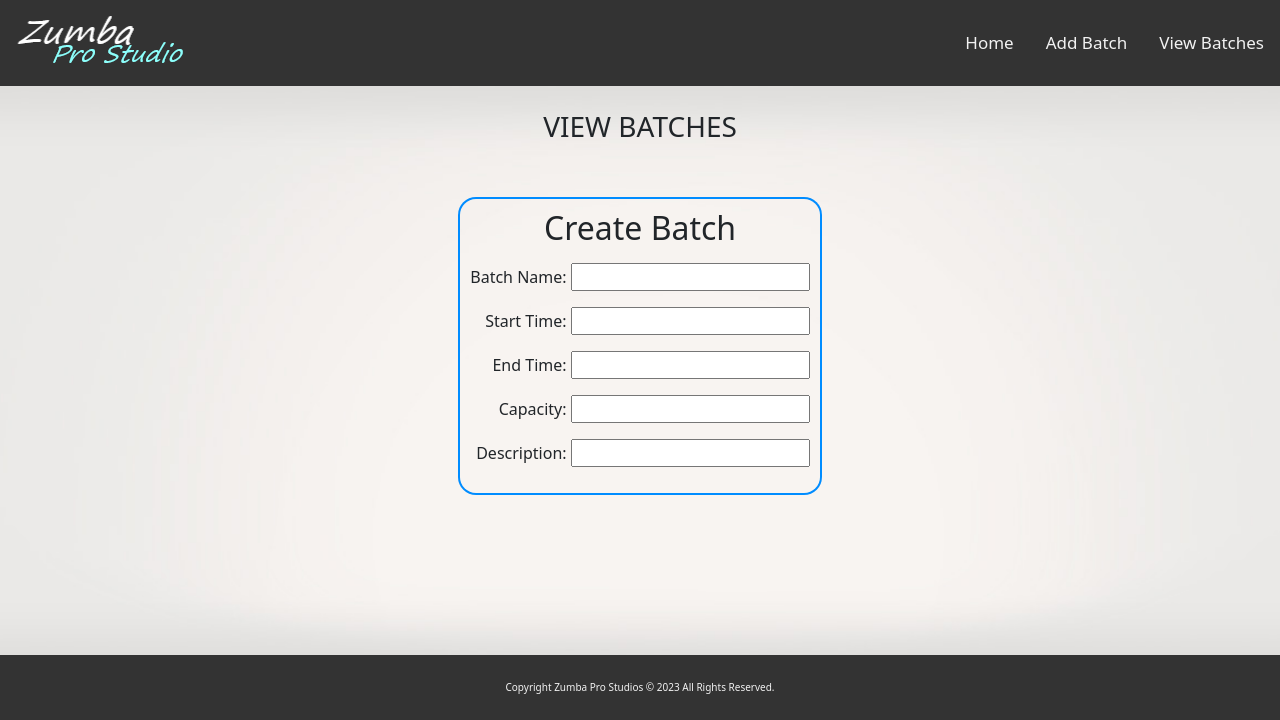
Repository: basemsamuel/Zumba
Page: http://localhost/ZumbaProStudio/adminusers.jsp
The author's editor kept a copy of each file at every save. The page is drawn from the files as they stood at one save, then again after the next save.
The browser window is 1280 px wide. The pictures show the whole page.
The page is served by Tomcat 10. Other server files are loaded and not shown.

Above is the page before, as saved 2023-07-30 21:48:36.

### ZumbaProStudio/src/main/webapp/adminusers.jsp
<jsp:include page="adminheader.jsp"></jsp:include>
<div class="mycontainer">
	<div align="center">
	<br>
	<h3>VIEW BATCHES</h3>
	<br>
	<br>
	<div>
		<table class="formtable">
			<tr>
				<td style="padding: 10px;">
					<div class='center'>
						<form style="width: 100%;" action="Login" method = "POST">
						    <h2>Create Batch</h2>
						    <div>
						        <p>
							        <div class='right'>
							            <label for="name">Batch Name:</label>
							            <input type="text" id="name" name="name">
							        </div>
						        </p>
						    </div>

						    <div>
						        <p>
							        <div class='right'>
							            <label for="stime">Start Time:</label>
							            <input type="text" id="stime" name="stime">
							        </div>
						        </p>
						    </div>


						    <div>
						        <p>
							        <div class='right'>
							            <label for="etime">End Time:</label>
							            <input type="text" id="etime" name="etime">
							        </div>
						        </p>
						    </div>

						    <div>
						        <p>
							        <div class='right'>
							            <label for="capacity">Capacity:</label>
							            <input type="number" id="capacity" name="capacity">
							        </div>
						        </p>
						    </div>

						    <div>
						        <p>
							        <div class='right'>
							            <label for="description">Description:</label>
							            <input type="number" id="description" name="description">
							        </div>
						        </p>
						    </div>
						</form>
					</div>

				</td>
			</tr>
		</table>
		<br>
		<div class="emsg">
			<p>
				${listerrorMessage}
			</p>
		</div>
	</div>
</div>

<jsp:include page="footer.jsp"></jsp:include>

### ZumbaProStudio/src/main/webapp/adminheader.jsp
<html lang="en">

<head>
    <meta charset="UTF-8">
    <meta http-equiv="X-UA-Compatible" content="IE=edge">
    <meta name="viewport" content="width=device-width, initial-scale=1.0">
    <title>Document</title>
    <link href="https://cdn.jsdelivr.net/npm/bootstrap@5.1.3/dist/css/bootstrap.min.css" rel="stylesheet" integrity="sha384-1BmE4kWBq78iYhFldvKuhfTAU6auU8tT94WrHftjDbrCEXSU1oBoqyl2QvZ6jIW3" crossorigin="anonymous">
    <link rel="stylesheet" type="text/css" href="css/styles.css" />
</head>

<body>
	 <div class="topnav">
		<img src="images/logo.png" alt="Zumba Pro Studio">
		<!-- <a class="active" href="#home">Home</a> -->
		<a href="admin.jsp">View Batches</a>
		<a href="addbatch.jsp">Add Batch</a>
		<a href="index.jsp">Home</a>
	</div>

### ZumbaProStudio/src/main/webapp/footer.jsp
<footer>
	Copyright Zumba Pro Studios © 2023 All Rights Reserved.
</footer>
</body>
</html>

### ZumbaProStudio/src/main/webapp/css/styles.css
		.topnav {
			 background-color: #333;
			 overflow: hidden;
				}

		/* Style the links inside the navigation bar */
		.topnav a {
			 float: right;
			 color: #f2f2f2;
			 text-align: center;
			 padding: 30px 16px;
			 text-decoration: none;
			 font-size: 17px;
		}

		.topnav img {
			 float: left;
			 color: #f2f2f2;
			 text-align: center;
			 padding: 14px 16px;
			 text-decoration: none;
			 font-size: 17px;
			 height: 80px;
		}

		/* Change the color of links on hover */
		.topnav a:hover {
			 background-color: #ddd;
			 color: black;
		}

		/* Add a color to the active/current link */
		.topnav a.active {
			 background-color: #04AA6D;
			 color: white;
		}

		footer {
		    background-color: #333;
		    color: #f2f2f2;
		    grid-area: footer;
		    width: 100%;
		    position: absolute;
  			bottom: 0;
  			padding: 25px;
  			text-align: center;
  			font-size: 10px;
		}

		.centerimage {
			height: 100%;
			width: auto;
			display: block;
			margin-left: auto;
			margin-right: auto;

		}

		.center {
			text-align: center;
		}
		.right {
			text-align: right;
		}

		.formtable {
			border-collapse: collapse;
			border-radius: 16px;
			box-shadow: 0 0 0 2px rgb(0, 140, 255);
		}

		.mycontainer {
			height: calc(100% - 150px);
			width: 100%;
			background-image: url('../images/bg.jpg');
			background-color: #333; /* Used if the image is unavailable */
			background-position: center; /* Center the image */
			background-repeat: no-repeat; /* Do not repeat the image */
			background-size: cover; /* Resize the background image to cover the entire container */
		}

		.emsg {
			font-size: 13px;
			color: #FF0000;
		}

After the next save:
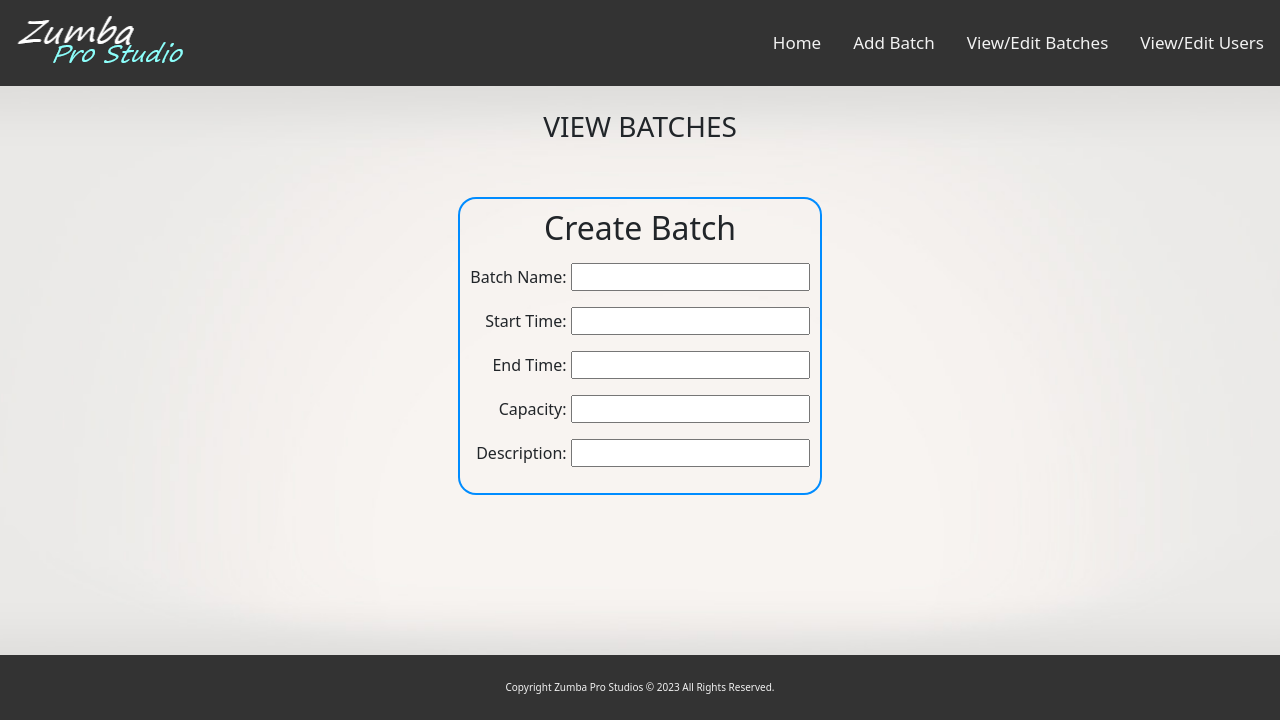
Saved 43 s later.
--- a/ZumbaProStudio/src/main/webapp/adminheader.jsp
+++ b/ZumbaProStudio/src/main/webapp/adminheader.jsp
@@ -13,7 +13,8 @@
 	 <div class="topnav">
 		<img src="images/logo.png" alt="Zumba Pro Studio">
 		<!-- <a class="active" href="#home">Home</a> -->
-		<a href="admin.jsp">View Batches</a>
+		<a href="admin.jsp">View/Edit Users</a>
+		<a href="admin.jsp">View/Edit Batches</a>
 		<a href="addbatch.jsp">Add Batch</a>
 		<a href="index.jsp">Home</a>
 	</div>
